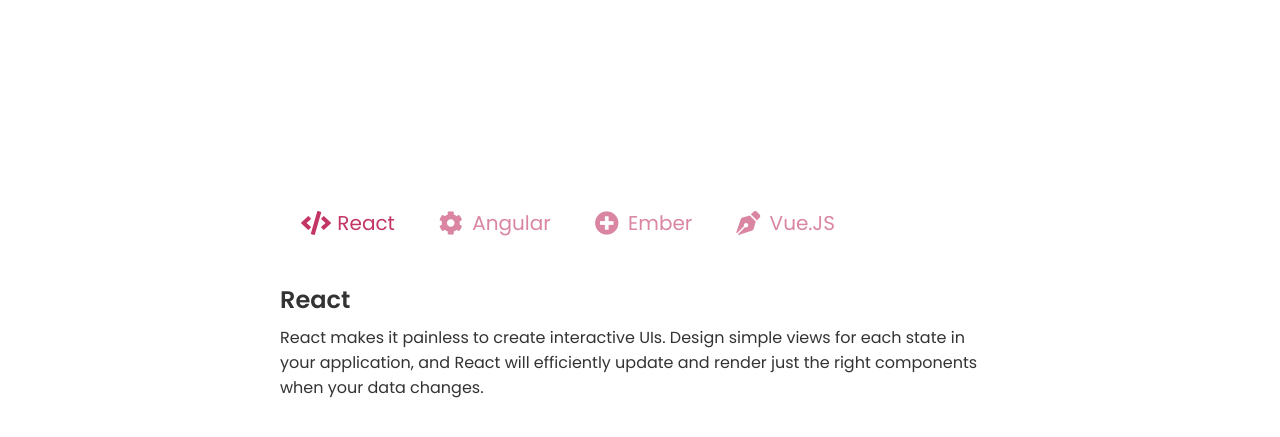
Repository: lt-chinh098406/BIn-Music
Page: index.html
These files come from the project's save history. The page is drawn as it stood at one moment and after the next save; the edit follows.
The browser window is 1280 px wide. The pictures show the whole page.

Above is the page before, as saved 2021-11-11 15:30:31.

After the next save:
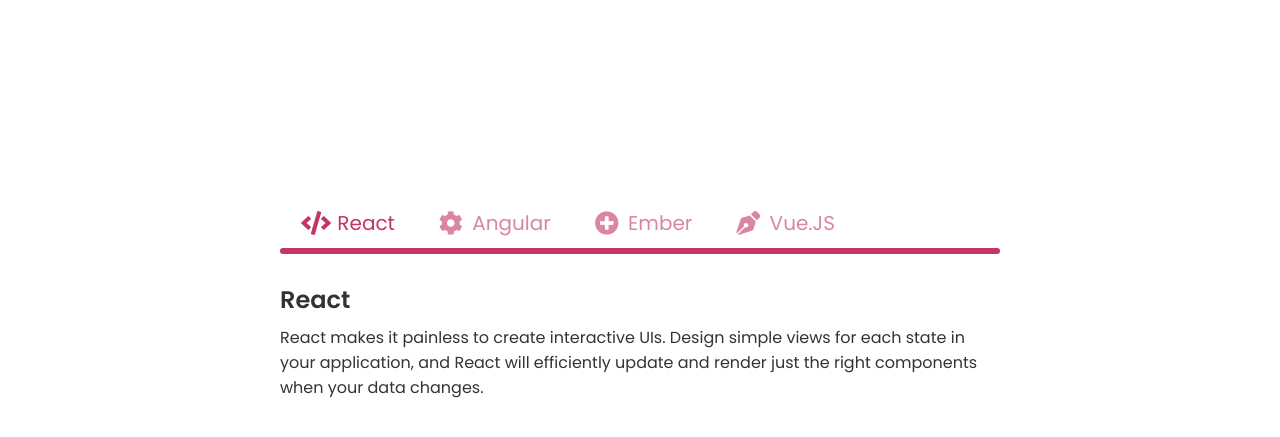
Saved 13 min 46 s later.
--- a/main.css
+++ b/main.css
@@ -19,7 +19,7 @@
   position: absolute;
   left: 0;
   bottom: 0;
-  width: 0;
+  width: 100%;
   height: 6px;
   border-radius: 15px;
   background-color: #c23564;

After the 2 saves that followed:
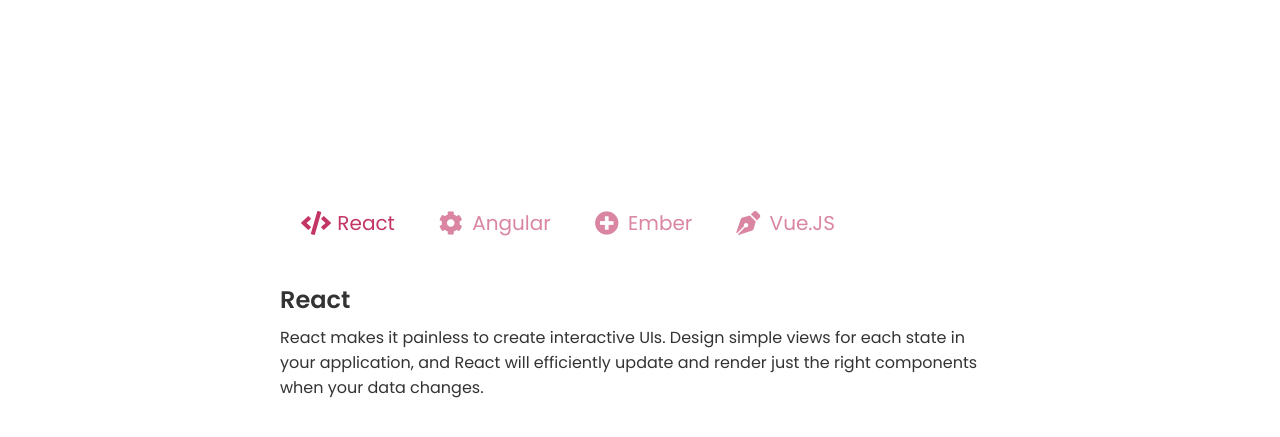
The 2 saves are shown as one change because they came seconds apart.
The last was saved 7 s later.
--- a/main.css
+++ b/main.css
@@ -19,7 +19,7 @@
   position: absolute;
   left: 0;
   bottom: 0;
-  width: 100%;
+  width: 100;
   height: 6px;
   border-radius: 15px;
   background-color: #c23564;
